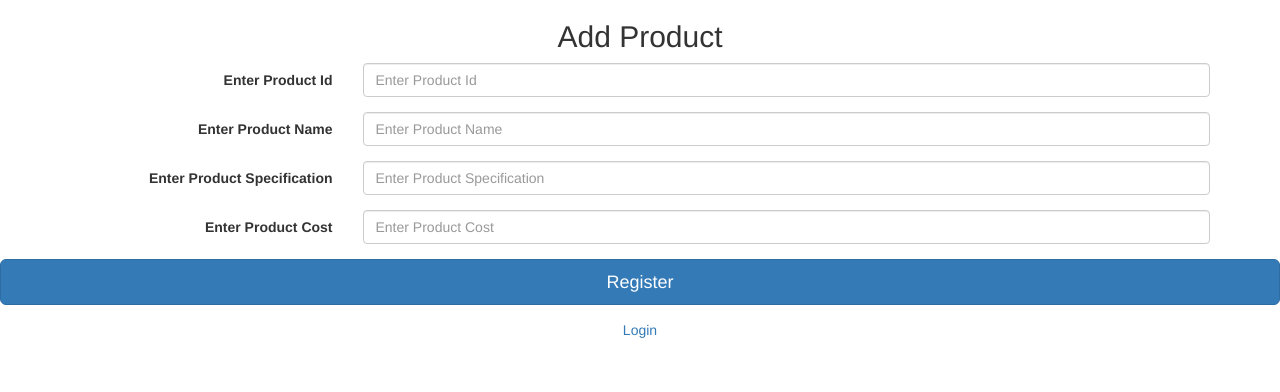
Repository: sagarbagdure01/ElectronicsWorld
Page: http://localhost/electronicsworld/WEB-INF/views/AddProduct.jsp
These files come from the project's save history. The page is drawn as it stood at one moment and after the next save; the edit follows.
The browser window is 1280 px wide. The pictures show the whole page.
Some web libraries are served in a nearby version. The page is served by Tomcat 9. Nobody is signed in. The template is opened directly, without the code that normally fills it, so the values that code supplies are empty.

Above is the page before, as saved 2017-05-30 06:51:06.

After the next save:
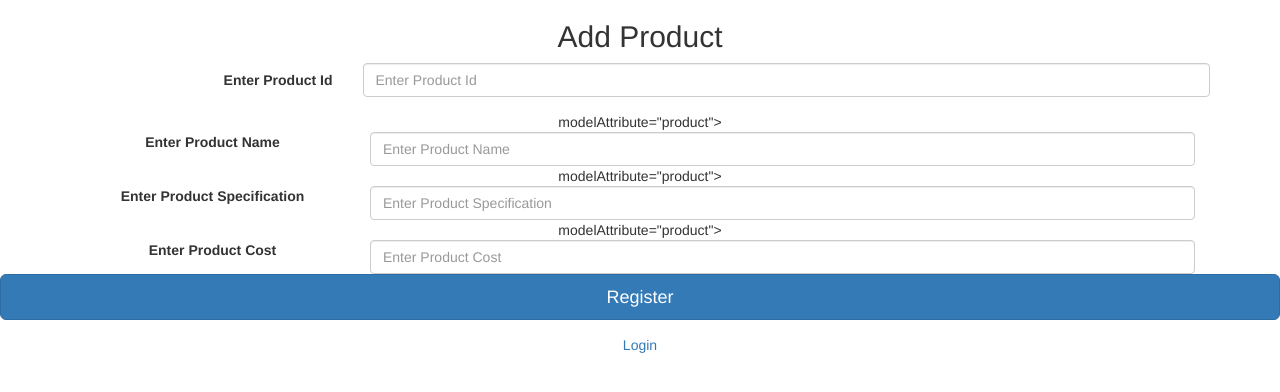
Saved 5 min 24 s later.
--- a/electronicsworld/src/main/webapp/WEB-INF/views/AddProduct.jsp
+++ b/electronicsworld/src/main/webapp/WEB-INF/views/AddProduct.jsp
@@ -32,10 +32,10 @@
 							placeholder="Enter Product Id" class="form-control" />
 					</div>
 				</div>
-			</form:form>
+
 		</div>
 		<div class="container">
-			<form:form class="form-horizontal" role="form" action="${url }"
+
 				modelAttribute="product">
 
 				<div class="form-group">
@@ -46,10 +46,10 @@
 							placeholder="Enter Product Name" class="form-control" />
 					</div>
 				</div>
-			</form:form>
+
 		</div>
 			<div class="container">
-			<form:form class="form-horizontal" role="form" action="${url }"
+
 				modelAttribute="product">
 
 				<div class="form-group">
@@ -60,10 +60,10 @@
 							placeholder="Enter Product Specification" class="form-control" />
 					</div>
 				</div>
-			</form:form>
+
 		</div>
 		<div class="container">
-			<form:form class="form-horizontal" role="form" action="${url }"
+
 				modelAttribute="product">
 
 				<div class="form-group">
@@ -74,7 +74,7 @@
 							placeholder="Enter Product Cost" class="form-control" />
 					</div>
 				</div>
-			</form:form>
+
 		</div>
 				<div class="form-group ">
 							<button type="button" class="btn btn-primary btn-lg btn-block login-button">Register</button>
@@ -83,5 +83,6 @@
 				            <a href="#">Login</a>
 				         </div>
 	</center>
+	</form:form>
 </body>
 </html>
